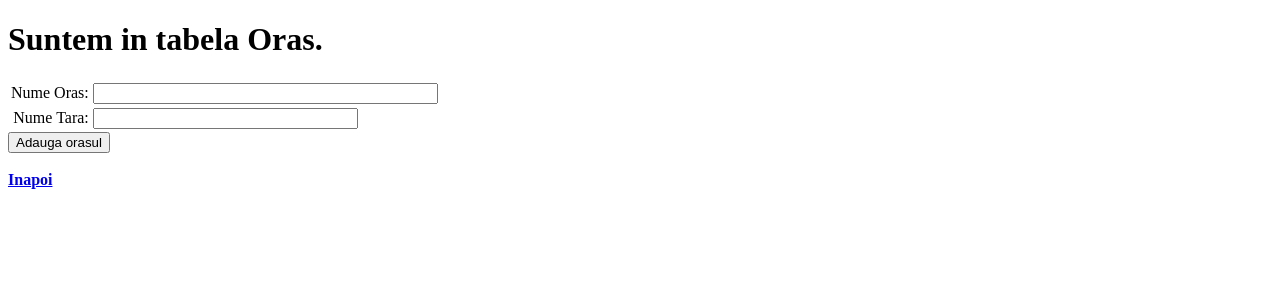
Repository: SusStefan/ActorDB
Page: http://localhost/Actori/adauga_oras.jsp
These files come from the project's save history. The page is drawn as it stood at one moment and after the next save; the edit follows.
The browser window is 1280 px wide. The pictures show the whole page.
The page is served by Tomcat 9.

Above is the page before, as saved 2025-12-15 21:52:05.

After the next save:
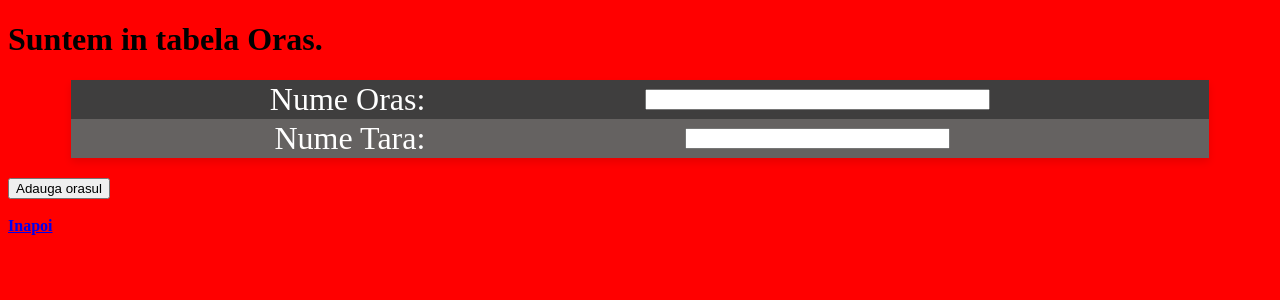
Saved 39 s later.
--- a/Actori/src/main/webapp/adauga_oras.jsp
+++ b/Actori/src/main/webapp/adauga_oras.jsp
@@ -5,6 +5,7 @@
  <head>
  <meta http-equiv="Content-Type" content="text/html; charset=UTF-8">
  <title>Adauga Oras</title>
+  <link rel="stylesheet" href="persona.css">
  </head>
  <jsp:useBean id="jb" scope="session" class="db.JavaBean" />
  <jsp:setProperty name="jb" property="*" />
